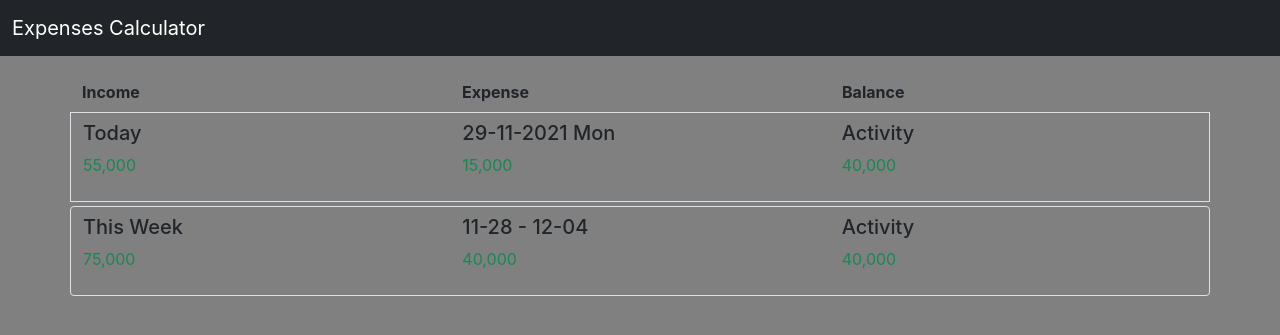
Repository: eidankhan/expenses-calculator
Page: /
An editor plug-in stored every save of this project. The page is shown before and after the next save, followed by the edit.
The browser window is 1280 px wide. The pictures show the whole page.
The project was rebuilt for these pictures with package versions that can differ from the ones it lists, and the page was loaded fresh each time. Also part of the build but not shown: src/components/SaveIncome.js.

Above is the page before, as saved 2021-11-29 17:17:30.

### public/index.html
<!DOCTYPE html>
<html lang="en">
  <head>
    <meta charset="utf-8" />
    <link rel="icon" href="%PUBLIC_URL%/favicon.ico" />
    <meta name="viewport" content="width=device-width, initial-scale=1" />
    <meta name="theme-color" content="#000000" />
    <meta
      name="description"
      content="Web site created using create-react-app"
    />
    <link rel="apple-touch-icon" href="%PUBLIC_URL%/logo192.png" />
    <link rel="manifest" href="%PUBLIC_URL%/manifest.json" />
    <!-- CSS only -->
    <link
      href="https://cdn.jsdelivr.net/npm/bootstrap@5.1.3/dist/css/bootstrap.min.css"
      rel="stylesheet"
      integrity="sha384-1BmE4kWBq78iYhFldvKuhfTAU6auU8tT94WrHftjDbrCEXSU1oBoqyl2QvZ6jIW3"
      crossorigin="anonymous"
    />
    <title>Shopping Cart App</title>
  </head>
  <body>
    <noscript>You need to enable JavaScript to run this app.</noscript>
    <div id="root"></div>
    <!-- JavaScript Bundle with Popper -->
    <script
      src="https://cdn.jsdelivr.net/npm/bootstrap@5.1.3/dist/js/bootstrap.bundle.min.js"
      integrity="sha384-ka7Sk0Gln4gmtz2MlQnikT1wXgYsOg+OMhuP+IlRH9sENBO0LRn5q+8nbTov4+1p"
      crossorigin="anonymous"
    ></script>
  </body>
</html>

### src/index.css
body {
  margin: 0;
  font-family: -apple-system, BlinkMacSystemFont, 'Segoe UI', 'Roboto', 'Oxygen',
    'Ubuntu', 'Cantarell', 'Fira Sans', 'Droid Sans', 'Helvetica Neue',
    sans-serif;
  -webkit-font-smoothing: antialiased;
  -moz-osx-font-smoothing: grayscale;
}

code {
  font-family: source-code-pro, Menlo, Monaco, Consolas, 'Courier New',
    monospace;
}

body{
  background-color: gray;
}

### src/App.js
// import {
//   BrowserRouter as Router,
//   Routes,
//   Route,
// } from "react-router-dom";

import { IncomeSummary } from "./components/IncomeSummary";
import { Navbar } from "./components/Navbar";
import { SaveIncome } from "./components/SaveIncome";

function App() {
  return (
    <>
      <Navbar />
      <div className="container my-3">
        {/* <SaveIncome/> */}
        <IncomeSummary/>
      </div>
    </>
  );
}

export default App;

### src/components/IncomeSummary.js
import React from "react";

export const IncomeSummary = () => {
  return (
    <div className="my-3">
      <div className="row">
        <div className="col-md-4 my-2 ">
          {" "}
          <strong>Income</strong>{" "}
        </div>
        <div className="col-md-4 my-2 ">
          {" "}
          <strong>Expense</strong>{" "}
        </div>
        <div className="col-md-4 my-2 ">
          {" "}
          <strong>Balance</strong>{" "}
        </div>
      </div>
      <div className="row border rounder">
        <div className="col-md-4 my-2">
          <h5> Today </h5>
          <p className="text-success"> 55,000</p>
        </div>
        <div className="col-md-4 my-2">
          <h5> 29-11-2021 Mon </h5>
          <p className="text-success"> 15,000</p>
        </div>
        <div className="col-md-4 my-2">
          <h5> Activity </h5>
          <p className="text-success"> 40,000</p>
        </div>
      </div>
      <div className="row border rounded my-1">
        <div className="col-md-4 my-2">
          <div className="cards">
            <h5> This Week </h5>
            <p className="text-success"> 75,000</p>
          </div>
        </div>
        <div className="col-md-4 my-2">
          <h5> 11-28 - 12-04 </h5>
          <p className="text-success"> 40,000</p>
        </div>
        <div className="col-md-4 my-2">
          <h5> Activity </h5>
          <p className="text-success"> 40,000</p>
        </div>
      </div>
    </div>
  );
};

### src/components/Navbar.js
import React from "react";

export const Navbar = () => {
  return (
    <nav className="navbar navbar-dark bg-dark">
      <div className="container-fluid">
        <a className="navbar-brand" href="/" > Expenses Calculator</a>

        {/* <form className="d-flex">
          <input
            className="form-control me-2"
            type="search"
            placeholder="Search"
            aria-label="Search"
          />
          <button className="btn btn-outline-success" type="submit">
            Search
          </button>
        </form> */}

      </div>
    </nav>
  );
};

Loaded but not shown: src/index.js (common file)

After the next save:
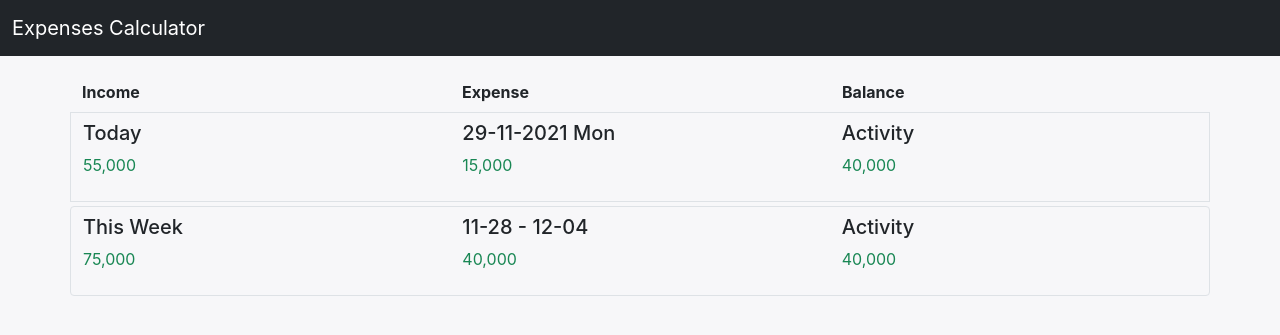
Saved 36 s later.
--- a/src/index.css
+++ b/src/index.css
@@ -13,5 +13,5 @@ code {
 }
 
 body{
-  background-color: gray;
+  background-color: #F7F7F9;
 }
